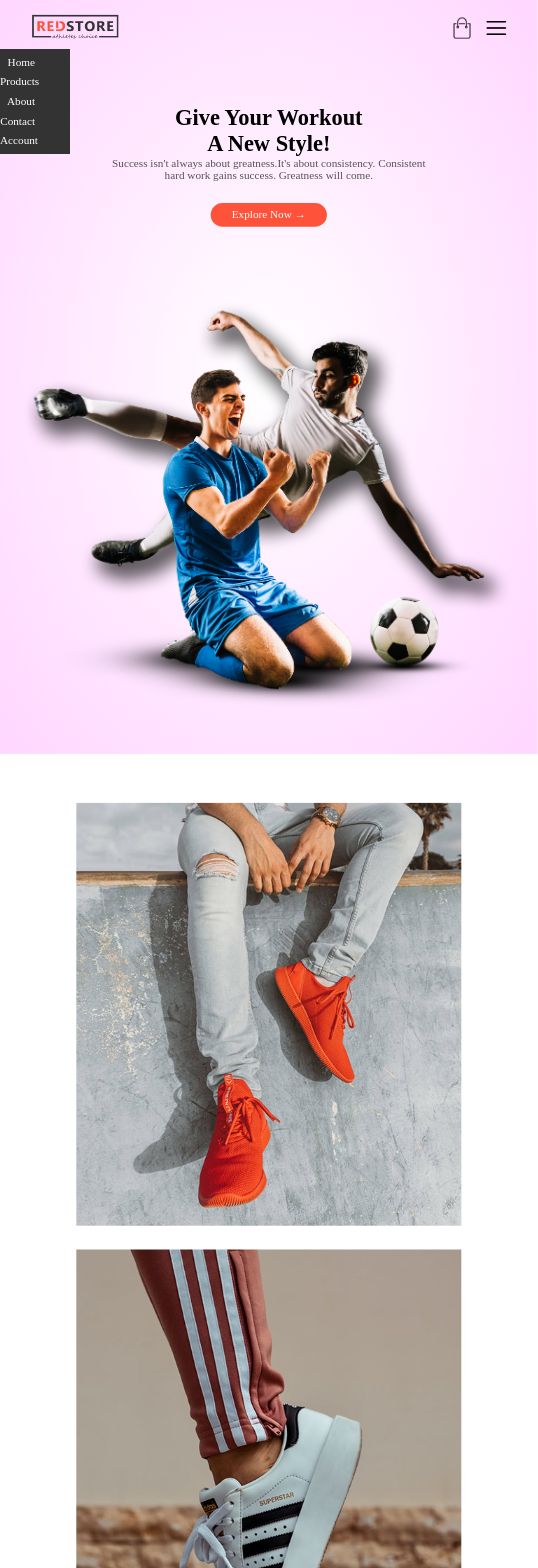
Repository: tuan21052000/Frontend
Page: index.html
These files come from the project's save history. The page is drawn as it stood at one moment and after the next save; the edit follows.
The browser window is 768 px wide. The pictures show the part of the page from y = 0 to 2240 px (the page is 18900 px tall before and 19453 px after), at 70% of full size.

Above is the page before, as saved 2022-05-10 20:21:43.

After the next save:
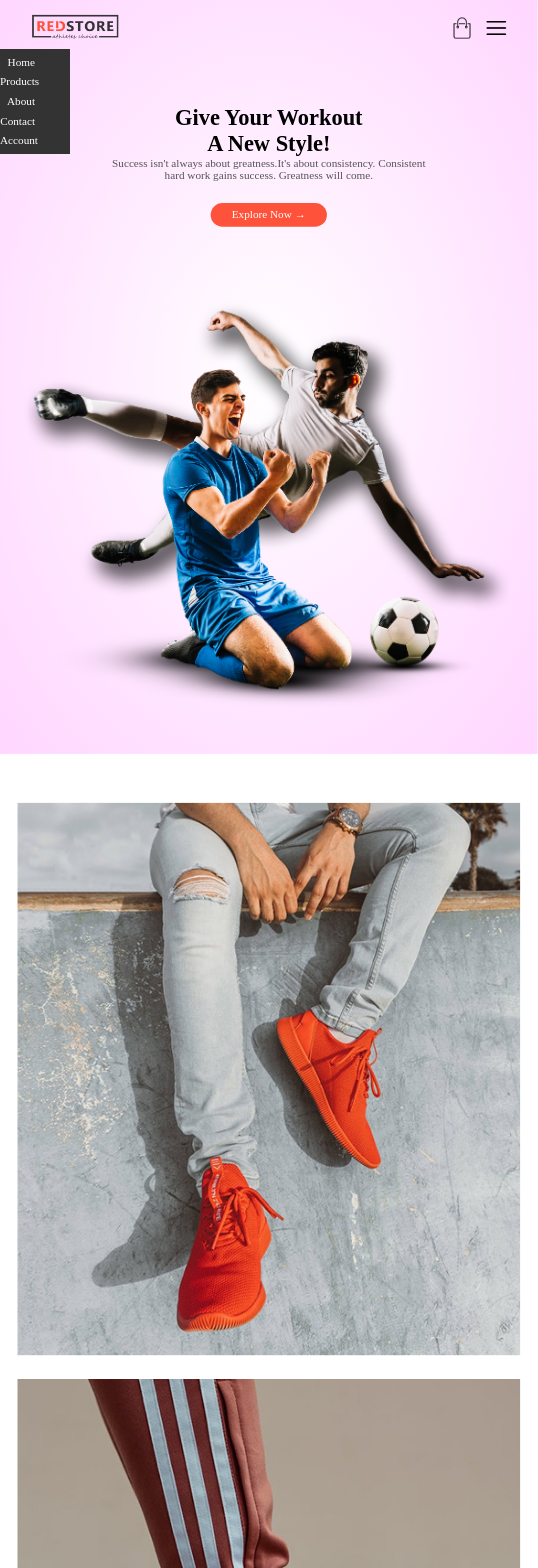
Saved 8 s later.
--- a/style.css
+++ b/style.css
@@ -273,6 +273,6 @@
         text-align: center;
     }
     .col-2, .col-3, .col-4{
-        flex-basis: auto;
-    }
-}
+        flex-basis: 100%;
+    }
+}
